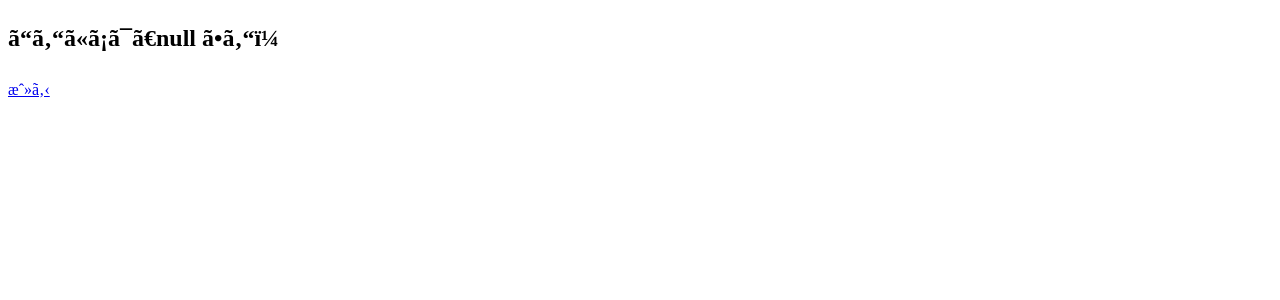
Repository: kou1215/extenders
Page: http://localhost/extenders-demo/result.jsp
The author's editor kept a copy of each file at every save. The page is drawn from the files as they stood at one save, then again after the next save.
The browser window is 1280 px wide. The pictures show the whole page.
The page is served by Tomcat 10.

Above is the page before, as saved 2025-10-04 07:22:12.

After the next save:
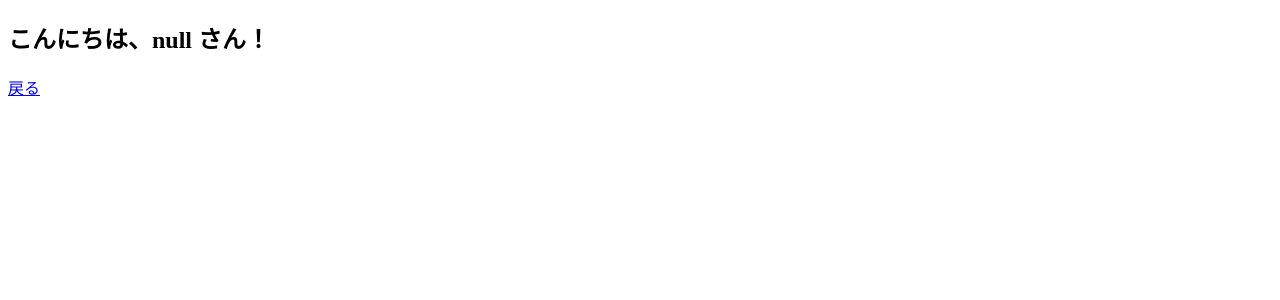
Saved 7 s later.
--- a/extenders-demo/src/main/webapp/result.jsp
+++ b/extenders-demo/src/main/webapp/result.jsp
@@ -1,4 +1,6 @@
 <!-- result.jsp -->
+<%@ page contentType="text/html; charset=UTF-8" pageEncoding="UTF-8" %>
+
 <!DOCTYPE html>
 <html>
 <head><meta charset="UTF-8"><title>結果画面</title></head>
